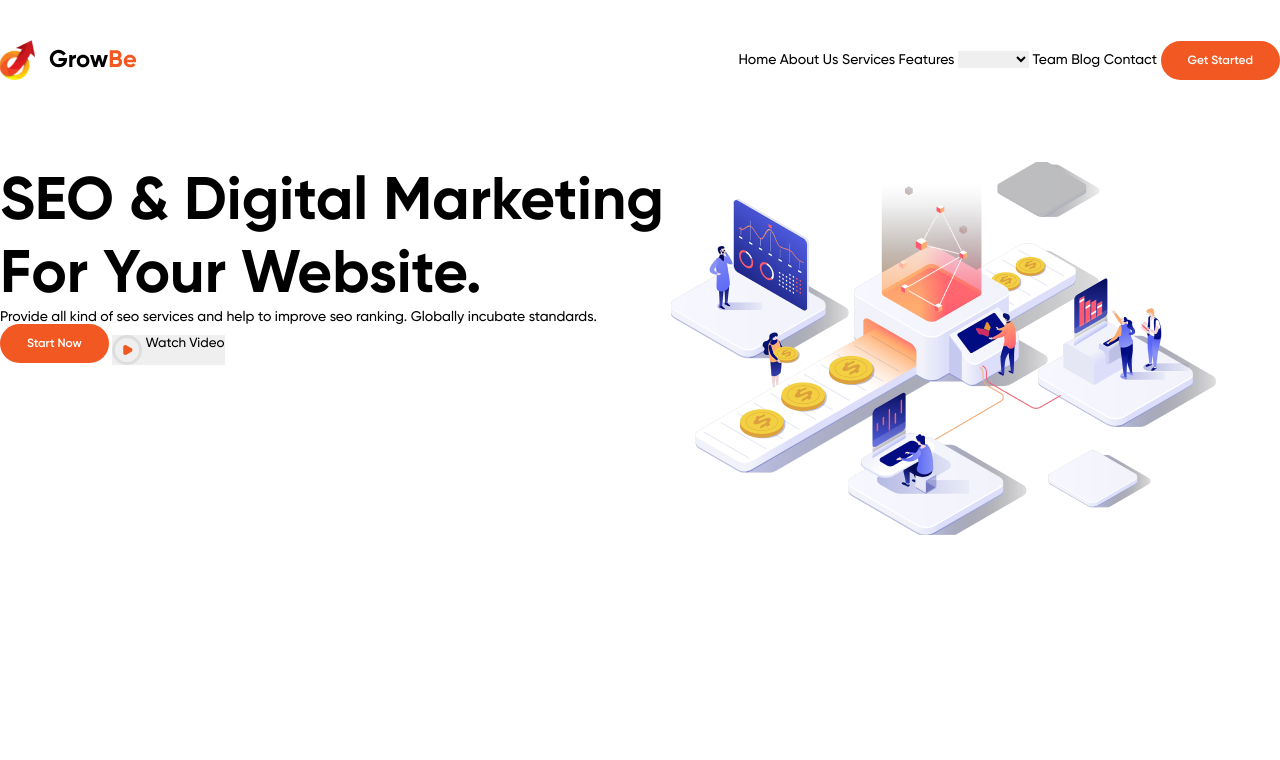
Repository: Alekseiy1980/GrowBe
Page: index.html
The author's editor kept a copy of each file at every save. The page is drawn from the files as they stood at one save, then again after the next save.
The browser window is 1280 px wide. The pictures show the whole page.

Above is the page before, as saved 2024-01-20 13:11:52.

### index.html
<!DOCTYPE html>
<html lang="en">
<head>
    <meta charset="UTF-8">
    <meta name="viewport" content="width=device-width, initial-scale=1.0">

    <link rel="stylesheet" href="css/reset.css">
    <link rel="stylesheet" href="css/style.css">
    <title>GrowBe</title>
</head>
<body>
    <header>
        <div class="menu_bar">
            <div class="logo">
                <a class="logo-link" href="#">
                    <img src="/img/Logo.svg"  />
                </a>
            </div>
            <nav>
                <a class="menu menu_activ" href="@">Home</a>
                <a class="menu" href="@"> About Us</a>
                <a class="menu" href="@">Services</a>
                <label class="menu menu_label" for="pet-select">Features</label>
                    <select name="pets" id="pet-select">
                    <option value=""></option>
                    <option value="dog">Dog</option>
                    <option value="cat">Cat</option>
                    <option value="hamster">Hamster</option>
                    <option value="parrot">Parrot</option>
                    <option value="spider">Spider</option>
                    <option value="goldfish">Goldfish</option>
                    </select>

                <a class="menu" href="@">Team</a>
                <a class="menu" href="@">Blog</a>
                <a class="menu" href="@">Contact</a>
                <button class="btn_menu" type="button">Get Started</button>
            </nav>
        </div>


        <div class="home_meta">
            <div class="nome_content">
                <div class="home_title">
                    <h1>SEO & Digital <span>Marketing</span>  For Your Website.</>
                </div>
            <div class="sub_title">
                <p>Provide all kind of seo services and help to improve seo ranking. Globally incubate standards.</p>
            </div>
            <div class="btn_meta">
                <button class="btn_menu" type="button">Start Now</button>
                <button class="btn_video" type="button">
                        <img
                            src="img/play.svg"
                            alt="play"
                            />
                    Watch Video</button>
            </div>
            </div>
            <div class="home_img">
                <img src="img/home_Image.png" alt="">
            </div>
        </div>
    </header>
</body>
</html>

### css/reset.css

* {
    padding: 0;
    margin: 0;
    border: 0;
}

*,
*::before,
*::after {
    -moz-box-sizing: border-box;
    -webkit-box-sizing: border-box;
    box-sizing: border-box;
}

:focus,
:active {
    outline: none;
}

a:focus,
a:active {
    outline: none;
}

nav,
footer,
header,
aside {
    display: block;
}

html,
body {
    height: 100%;
    width: 100%;
    font-size: 100%;
    line-height: 1;
    font-size: 14px;
    -ms-text-size-adjust: 100%;
    -moz-text-size-adjust: 100%;
    -webkit-text-size-adjust: 100%;
}

input,
button,
textarea {
    font-family: inherit;
}

input::-ms-clear {
    display: none;
}

button {
    cursor: pointer;
}

button::-moz-focus-inner {
    padding: 0;
    border: 0;
}

a,
a:visited {
    text-decoration: none;
}

a:hover {
    text-decoration: none;
}

ul li {
    list-style: none;
}

img {
    vertical-align: top;
}

h1,
h2,
h3,
h4,
h5,
h6 {
    font-size: inherit;
    font-weight: 400;
}

### css/style.css
@font-face {
	font-family: 'Gilroy-Bold';
	src: url(/fonts/Gilroy-Bold.ttf);
}


@font-face {
	font-family: 'Gilroy-Medium';
	src: url(/fonts/Gilroy-Medium.ttf);
}
@font-face{
    font-family: 'Gilroy_Regular';
    src: url(/fonts/Gilroy-Regular.ttf);
}

@font-face{
    font-family: 'Gilroy-SemiBold';
    src: url(/fonts/Gilroy-SemiBold.ttf);
}
body{
    font-family: Gilroy-Medium;
    font-size: 14px;
    font-style: normal;
    font-weight: 400;
    line-height: normal;
}

header {
    max-width: 1920px;
    margin: 0 auto;
}
.menu_bar{
    display: flex;
    justify-content: space-between;
    align-items: center;
    margin-top: 40px;
    height: 40px;
}

.logo{
    width: 137px;
    height: 40px;
}

.menu{
    color: #000;
    padding-top: 11px;
    padding-bottom: 12px;

}

.menu:hover{
    color: #F25822;
    font-family: Gilroy-SemiBold;
}

.btn_menu{
    color: #FFF;
    font-family: Gilroy-SemiBold;
    font-size: 12px;
    border-radius: 30px;
    background: #F25822;
    padding:12px 27px 13px;
}

.btn_menu:hover{
    background: #f84504;
}


.home_meta{
    margin-top: 82px;
    display: flex;
}

.home_cintent{
    justify-content: center;
}

.home_title{
    color: #000;
    font-family: Gilroy-Bold;
    font-size: 60px;
}

.sub_title{

}

.home_ing{
    width: 544px;
}

After the next save:
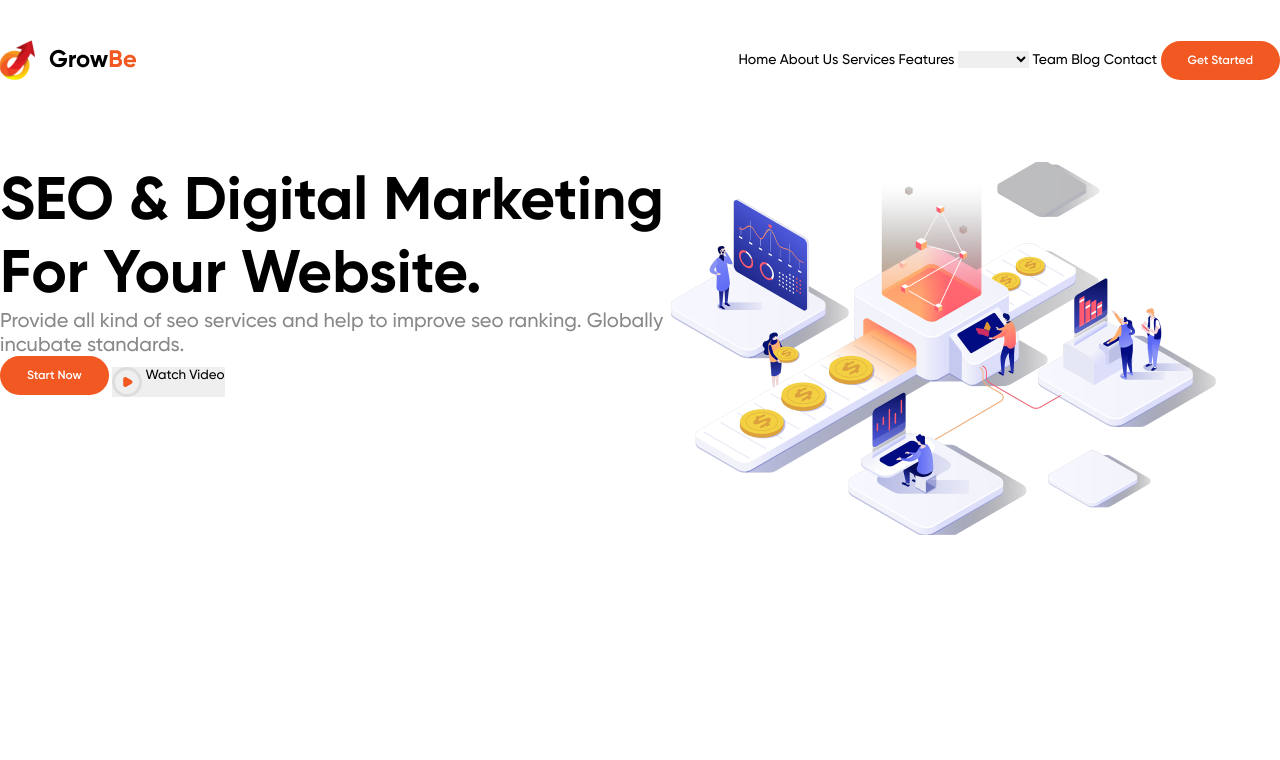
Saved 48 s later.
--- a/css/style.css
+++ b/css/style.css
@@ -84,6 +84,8 @@ header {
 }
 
 .sub_title{
+    color: #888;
+    font-size: 20px;
 
 }
 
